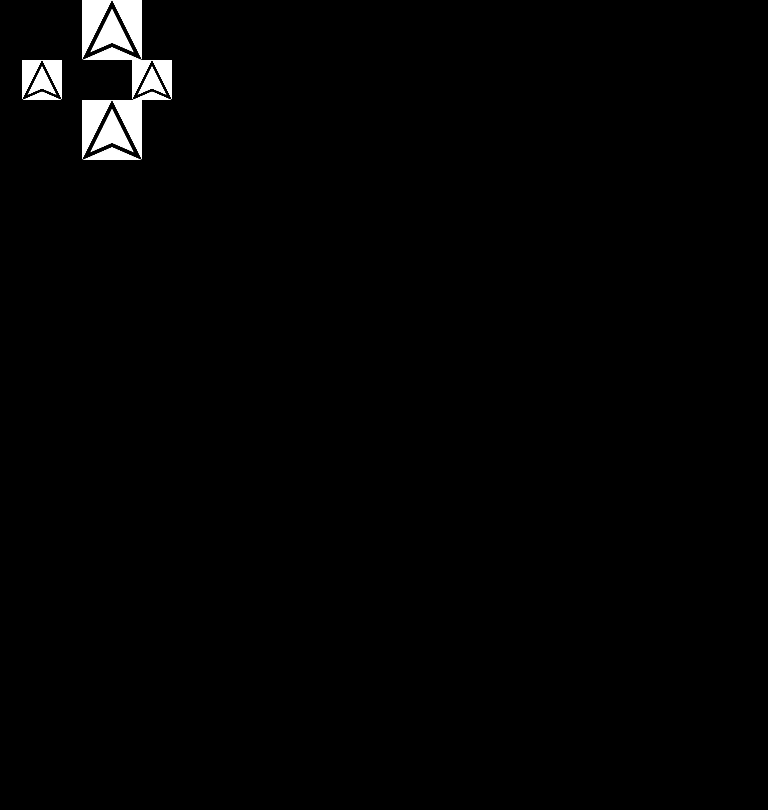
Repository: mintuhouse/AndroidBasedTennisBallCollector_group14_cs308_2012
Layout: android/RemoteTennisBallCollector/res/layout/main.xml
An editor plug-in stored every save of this project. The layout is shown before and after the next save, followed by the edit.
The pictures show rows 470 to 1280 of an output 1280 px tall.
It is drawn on a 768 x 1280 px phone screen (xhdpi) without system bars, with theme android:Theme; the app's code is not run.

Above is the layout before, as saved 2012-04-07 14:02:54.

After the next save:
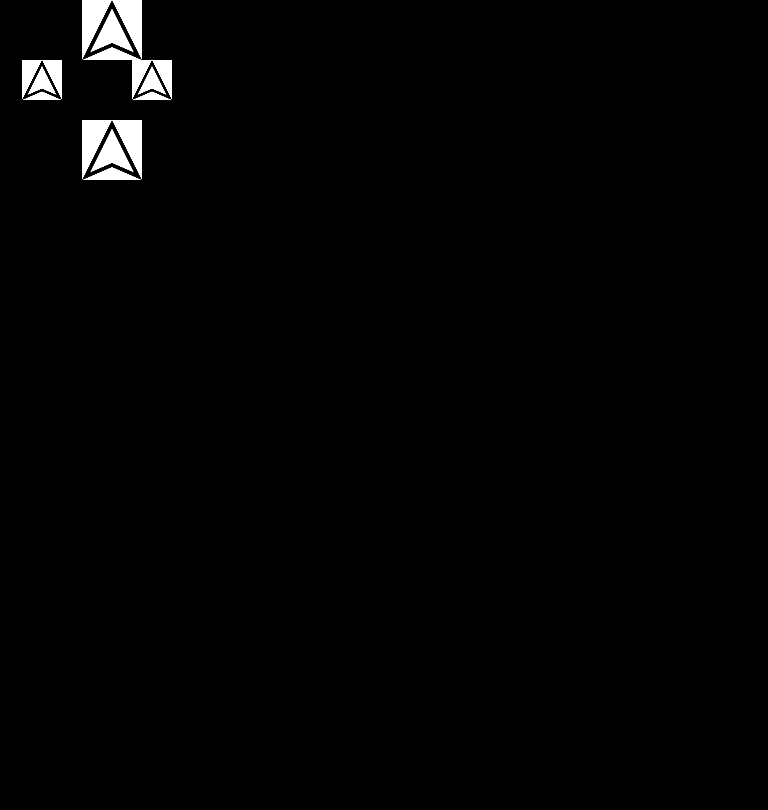
Saved 6 s later.
--- a/android/RemoteTennisBallCollector/res/layout/main.xml
+++ b/android/RemoteTennisBallCollector/res/layout/main.xml
@@ -37,7 +37,7 @@
        	<LinearLayout
        	    android:orientation="horizontal"
        	    android:layout_width="match_parent"
-       	    android:layout_height="20dp"
+       	    android:layout_height="30dp"
        	    >
        	    <ImageButton
 	       	   	android:id="@+id/leftbutton"
